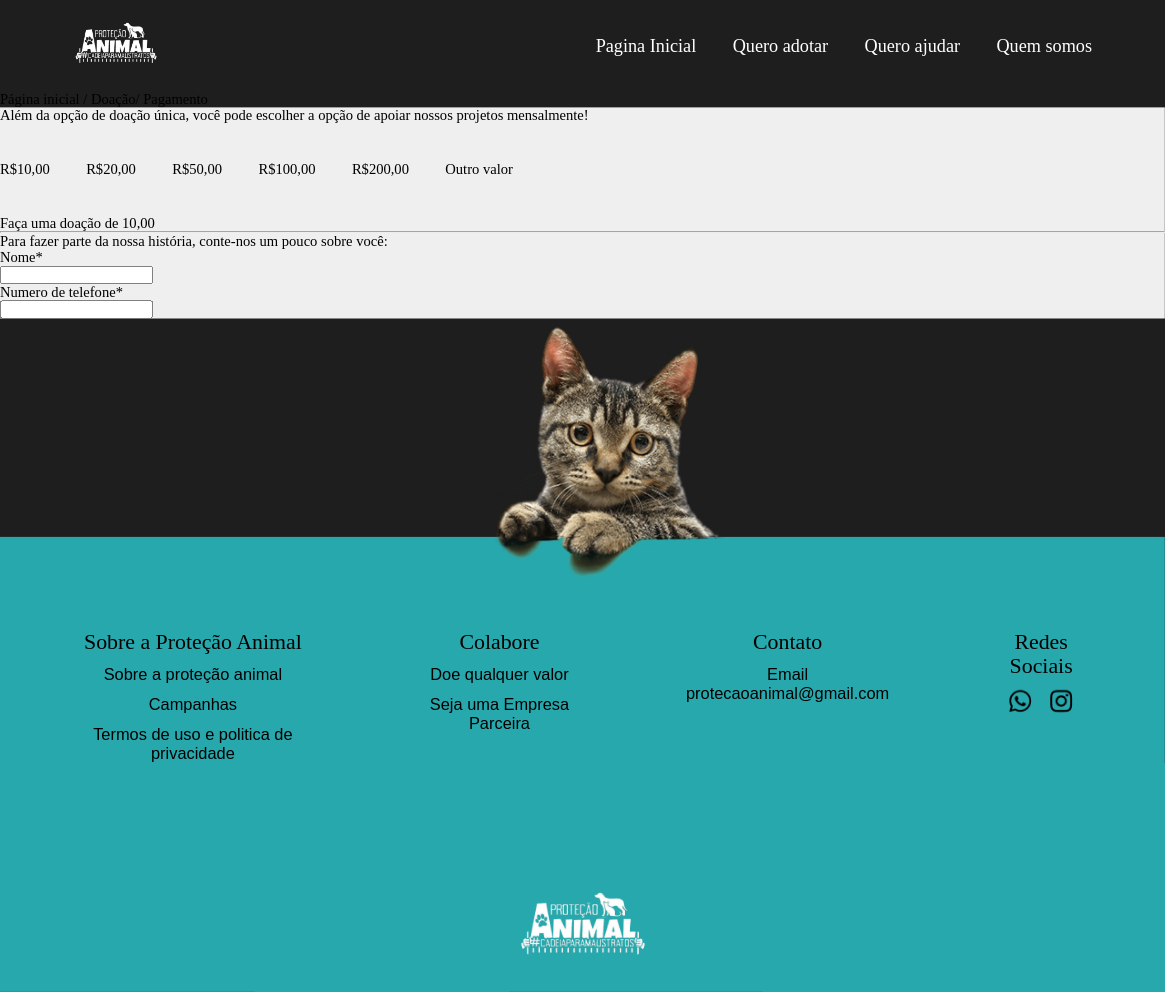
Repository: edjunior-nascimento/protecao-animal-web
Page: src/pages/formulario-doacao/index.html
These files come from the project's save history. The page is drawn as it stood at one moment and after a run of saves; the edit follows.
The browser window is 1280 px wide. The pictures show the whole page, at 91% of full size.

Above is the page before, as saved 2025-02-22 03:43:29.

### src/pages/formulario-doacao/index.html
<!DOCTYPE html>
<html lang="pt">

<head>
    <meta charset="UTF-8">
    <meta name="viewport" content="width=device-width, initial-scale=1.0">
    <title>Proteção Animal</title>
    <link rel="preconnect" href="https://fonts.googleapis.com" />
    <link rel="preconnect" href="https://fonts.gstatic.com" crossorigin />
    <meta name="viewport" content="width=device-width, initial-scale=1.0" />
    <link rel="stylesheet" href="./style.css" />
    <link>
</head>

<body>
    <header>
        <div><img class="logo" src="/src/pages/images/logo.png" alt="logo Protecao animal" /></div>
        <nav>
            <ul>
                <li>
                    <a href="#">
                        <p>Pagina Inicial</p>
                    </a>
                </li>
                <li>
                    <a href="#">
                        <p>Quero adotar</p>
                    </a>
                </li>
                <li>
                    <a href="#">
                        <p>Quero ajudar</p>
                    </a>
                </li>
                <li>
                    <a href="#">
                        <p>Quem somos</p>
                    </a>
                </li>
            </ul>
        </nav>
    </header>
    <div>
        <div class="title">
            <p>Página inicial / Doação/ Pagamento</p>
        </div>
        <main class="container">
            <div class="sub-title">
                <p>Além da opção de doação única, você pode escolher a opção de apoiar nossos projetos mensalmente!</p>
            </div>
            <div class="valor">
                <div class="parcela">

                </div>
                <div class="cota">

                </div>
                <nav>
                    <ul>
                        <li><span>R$10,00</span></li>
                        <li><span>R$20,00</span></li>
                        <li><span>R$50,00</span></li>
                        <li><span>R$100,00</span></li>
                        <li><span>R$200,00</span></li>
                        <li><span>Outro valor</span></li>
                    </ul>
                </nav>
                <div class="res"><span>Faça uma doação de 10,00</span></div>
            </div>
            <hr>
            <div class="cad">
                <div class="sub-title">
                    <p>Para fazer parte da nossa história, conte-nos um pouco sobre você:</p>
                </div>
                <div class="dados">
                    <form action="/send" method="post" target="_blank" >
                        <label><p>Nome<span class="ast">*</span></p>
                        <input type="text" name="Nome" id="Nome*"></label>
                        <label><p>Numero de telefone<span class="ast">*</span></p><input type="text"></label>
                    </form>
                </div>
                <div class="cad">
                    <div class="sub-title"></div>
                </div>
    </div>
    </main>
    <div class="gato"><img src="/src/pages/images/gato.png" alt=""></div>
    <footer>
        <div class="footer-container">
            <div class="footer-primary">
                <div class="footer-section-1">
                    <div>
                        <h4>Sobre a Proteção Animal</h4>
                    </div>
                    <div>
                        <p><a href="">Sobre a proteção animal</a></p>
                    </div>
                    <div>
                        <p><a href="">Campanhas</a></p>
                    </div>
                    <div>
                        <p><a href="">Termos de uso e politica de privacidade</a></p>
                    </div>
                </div>
                <div class="footer-section-2">
                    <div>
                        <h4>Colabore</h4>
                    </div>
                    <div>
                        <p><a href="">Doe qualquer valor</a></p>
                    </div>
                    <div>
                        <p><a href="">Seja uma Empresa Parceira</a></p>
                    </div>
                </div>
                <div class="footer-section-3">
                    <div>
                        <h4>Contato</h4>
                    </div>
                    <div>
                        <p>Email</p>
                        <p><a href="mailto:protecaoanimal@gmail.com">protecaoanimal@gmail.com</a></p>
                    </div>
                </div>
                <div class="footer-section-4">
                    <div>
                        <h4>Redes Sociais</h4>
                    </div>
                    <div class="social-icons">
                        <div>
                            <a href=""><img src="/src/pages/images/whatsAppIcon.png" alt="" /></a>
                        </div>
                        <div>
                            <a href=""><img src="/src/pages/images/instagramIcon.png" alt="" /></a>
                        </div>
                    </div>
                </div>
            </div>
        </div>
        <div class="footer-secondary">
            <img src="/src/pages/images/logo.png" alt="" />
        </div>
    </footer>
</body>

</html>

### src/pages/formulario-doacao/style.css
:root {
    --main-bg-color: #1e1e1e;
    --title-color: #27a8ad;
    --subtitle-color: #ffffff;
    --box-color: #ffffff;
    --link-nav-color: #ffffff;
    --card-title-color: #27a8ad;
    --footer-background: #27a8ad;
    --footer-font-color: #000000;
    --maim-color: #EFEFEF;
  }

  * {
    height: max-content;
    font-family: "Jockey One", serif;
    font-style: normal;
    margin: 0px;
    padding: 0px;
  }

  body {
    background-color: var(--main-bg-color);

  }

  a {
    text-decoration: none;
  }

  header {
    height: 100px;
    display: flex;
    flex-direction: row;
    justify-content: space-between;
    padding-inline: 80px
  }
  header div {
    display: flex;
    align-items: center;
  }
  .logo {
    height: 95px;
    width: auto;
  }
  nav {
    width: auto;
    height: 100px;
    display: flex;
    align-items: center;
  }

  nav ul {
    list-style-type: none;
    display: flex;
    gap: 40px;
  }

  nav ul li a {
    color: var(--link-nav-color);
    font-size: 20px;
    font-weight: 400;
  }
main {
  background-color:var(--maim-color) ;
}





  .gato {
    margin-left: 42%;
    margin-bottom: -25px;
    height: 265px;
    max-width: auto;}

  footer {
    height: 500px;
    max-height: auto;
    background-color: var(--footer-background);
    padding-inline: 80px;
  }

  .footer-container {
      width: auto;
      height: 70%;
      display: flex;
      align-items: center;
      justify-content: center;
  }

  .footer-primary {
    display: flex;
    flex-direction: row;
    gap: 111px;
    align-items: flex-start;
    justify-content: center;
  }

  .footer-primary p a {
      color: var(--footer-font-color);
      font-family: "Arial", sans-serif;
  }

  .footer-primary h4 {
    font-size: 24px;
    font-weight: 400;
  }

  .footer-primary p {
      font-size: 18px;
      font-weight: 400;
      font-family: "Arial", sans-serif;
  }

  .footer-secondary {
    width: auto;
    height: 30%;
    display: flex;
    align-items: center;
    justify-content: center;
  }

  .footer-secondary img {
      height: 145px;
      width: auto
  }

  .footer-section-1, .footer-section-2, .footer-section-3, .footer-section-4 {
      display: flex;
      flex-direction: column;
      text-align: center;
      gap: 12px;
  }

  .footer-section-4 {
      align-items: center;
  }

  .social-icons {
      display: flex;
      flex-direction: row;
      gap: 20px;
  }

After the next 2 saves:
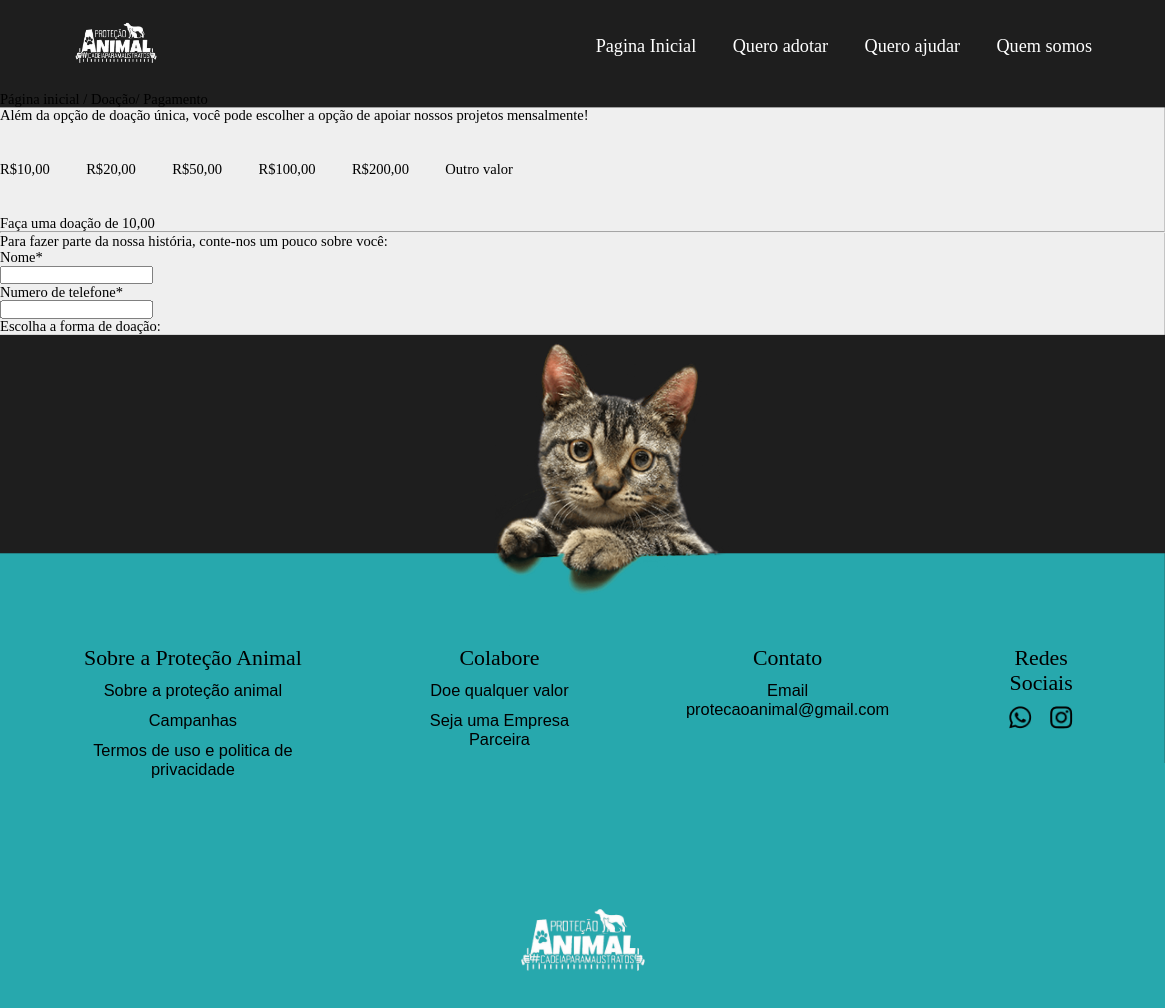
The 2 saves are shown as one change because they came seconds apart.
The last was saved 6 s later.
--- a/src/pages/formulario-doacao/index.html
+++ b/src/pages/formulario-doacao/index.html
@@ -80,7 +80,9 @@
                     </form>
                 </div>
                 <div class="cad">
-                    <div class="sub-title"></div>
+                    <div class="sub-title">
+                        <p>Escolha a forma de doação:</p>
+                    </div>
                 </div>
     </div>
     </main>
